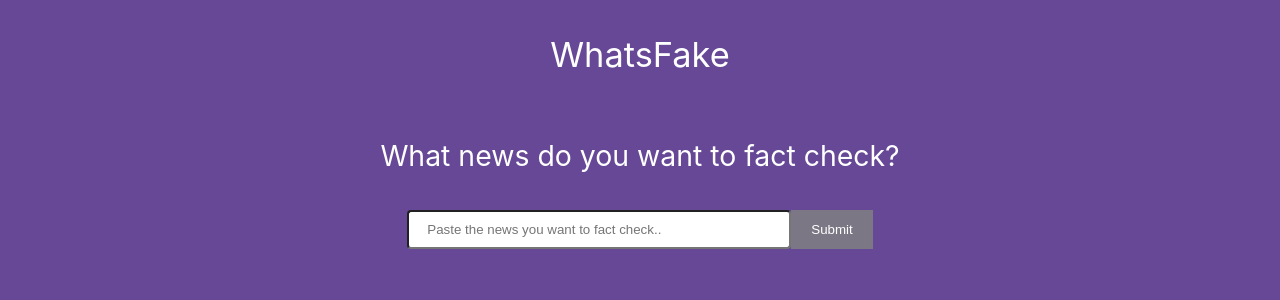
Repository: alkalox/FakeNews
Page: /
These files come from the project's save history. The page is drawn as it stood at one moment and after the next save; the edit follows.
The browser window is 1280 px wide. The pictures show the whole page.
The project was rebuilt for these pictures with package versions that can differ from the ones it lists, and the page was loaded fresh each time.

Above is the page before, as saved 2019-04-19 21:46:07.

### src/App.js
import React, { Component } from 'react';
import './App.css';

class App extends Component {
  constructor(props) {
    super(props);
    this.state = {value: ''};

    this.handleChange = this.handleChange.bind(this);
    this.handleSubmit = this.handleSubmit.bind(this);
  }

  handleChange(event) {
    this.setState({value: event.target.value});
  }

  handleSubmit(event) {
    alert('A name was submitted: ' + this.state.value);
    event.preventDefault();
  }

  render() {
    return (
      <div className="App">
        <div className = "Header">
          <header className="App-header">
            <p>
              WhatsFake
            </p>
          </header>
          <p className ="text">
            What news do you want to fact check?
          </p>
          <div className="Form">
            <form onSubmit={this.handleSubmit}>
              <label>
                <input
                  type="text"
                  value={this.state.value}
                  onChange={this.handleChange}
                  placeholder = "Paste the news you want to fact check.."
                  className ="input" />
              </label>
              <input type="submit" value="Submit" className ="submit" />
            </form>
          </div>
        </div>
      </div>
    );
  }
}

export default App;

### src/App.css
.App {
  text-align: center;
}
.Header {
  text-align: center;
  background-color: #664897;
  min-height: 100vh;
}
.App-header {
  display: flex;
  flex-direction: column;
  align-items: center;
  justify-content: flex-start;
  font-size: calc(20px + 2vmin);
  color: white;
}

.input {
  width: 30%;
  padding: 10px 18px;
  margin: 8px 0;
  box-sizing: border-box;
  border-radius: 4px;
}

.submit {
  background-color: rgb(123, 119, 133);
  border: none;
  color: white;
  padding: 12px 20px;
  text-decoration: none;
  margin: 8px 0px;
  cursor: pointer;
}

.text {
  display: flex;
  flex-direction: column;
  align-items: center;
  justify-content: center;
  font-size: calc(14px + 2vmin);
  color: white;
}

@keyframes App-logo-spin {
  from {
    transform: rotate(0deg);
  }
  to {
    transform: rotate(360deg);
  }
}

Loaded but not shown: public/index.html (common file); src/index.js (common file); src/index.css (common file); src/serviceWorker.js (common file)

After the next save:
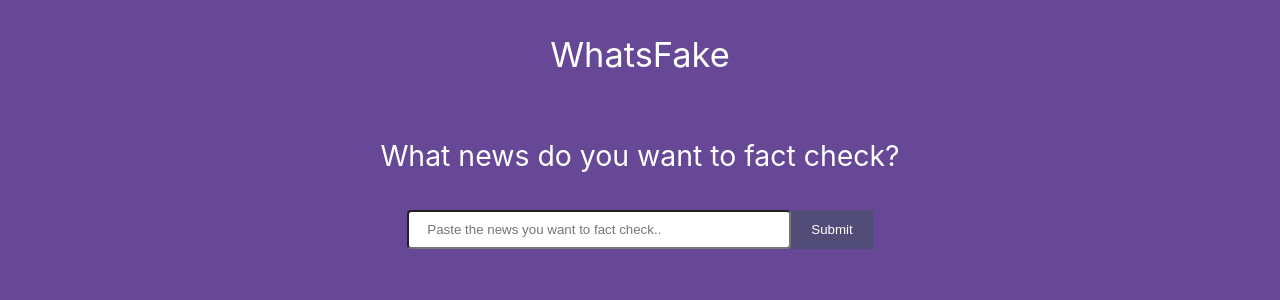
Saved 24 s later.
--- a/src/App.css
+++ b/src/App.css
@@ -24,7 +24,7 @@
 }
 
 .submit {
-  background-color: rgb(123, 119, 133);
+  background-color: rgba(46, 83, 63, 0.342);
   border: none;
   color: white;
   padding: 12px 20px;
